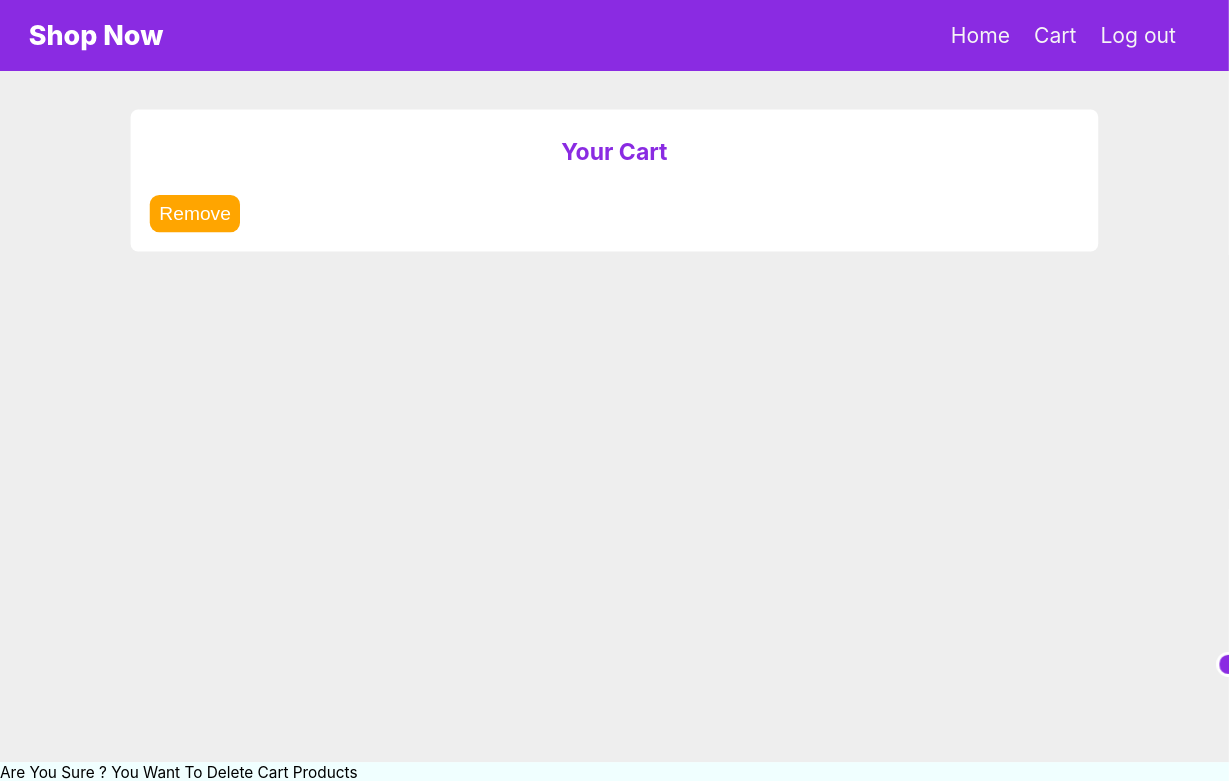
Repository: Eslam0Mohamed/simple-ecommerce-auth
Page: cart.html
An editor plug-in stored every save of this project. The page is shown before and after the next save, followed by the edit.
The browser window is 1280 px wide. The pictures show the whole page, at 96% of full size.
The page's requests for data from a server got no answer.

Above is the page before, as saved 2026-02-02 14:32:52.

### cart.html
<!DOCTYPE html>
<html lang="en">

<head>
    <meta charset="UTF-8">
    <meta name="viewport" content="width=device-width, initial-scale=1.0">
    <title>Cart</title>
    <link rel="stylesheet" href="style/style.css">
</head>

<body>
    <nav class="navbar">
        <div class="logo">Shop Now</div>
        <div class="nav-list">
            <ul>
                <li class="home-item">
                    <a href="index.html">Home</a>
                </li>
                <li class="cart-item">
                    <a href="cart.html">Cart</a>
                </li>
                <li class="logout-item">
                    <a href="login.html">Log out</a>
                </li>
                <li class="welcome-message"></li>
            </ul>
        </div>
    </nav>

    <section class="cart">
        <div class="cart-container">
            <h1 class="cart-heading">Your Cart</h1>
            <div class="cart-products-container">

            </div>
            <!-- <div class="cart-products">
                <div class="product-details">
                    <img src="./images/product.jpg" alt="">
                    <div class="product-details-text">
                        <h3>Lenovo Ideabad</h3>
                        <span>$300</span>
                    </div>
                </div>
                <div class="products-controls">
                    <button class="mince">- </button>
                    <button class="quantity">1</button>
                    <button class="plus">+</button>
                    <button class="remove">Remove</button>
                </div>
            </div> -->

            <h3 class="total-price"></h3>
             <button class="remove-all">Remove</button>
        </div>
    </section>

    <div class="model">
        <p class="model-message"></p>
    </div>
     <div class="delete-model">
        <p class=" delete-model-message">Are You Sure  ? You Want To Delete Cart Products</p>
    </div>

    <script src="javaScript/cart.js"></script>
</body>

</html>

### style/style.css
*{
    padding: 0;
    margin: 0;
    box-sizing: border-box;
}

body{
      font-family: "Inter", sans-serif;
      overflow-x: hidden;
}
span,a{
display: inline-block;
}
ul{
    list-style: none;
}
img{
    width: 100%;
    height: 100%;
}
a{
    text-decoration: none;
    color: inherit;
}

.navbar{
    padding: 20px 30px;
    background-color: blueviolet;
    display: flex;
    justify-content: space-between;
    align-items: center;
}
.logo{
    font-size: 28px;
    color: white;
    text-transform: capitalize;
    font-weight: 800;
    cursor: pointer;
}
.nav-list ul{
    display: flex;
    gap: 25px;
}
.nav-list ul li {
color: whitesmoke;
font-size: 22px;
font-weight: 400;
}
.nav-list ul li:hover{
    border-bottom: 1px solid black;
}
main{
    background-color: #eee;
    width: 100%;
    min-height: 100vh;
    padding: 25px 10px;
    position: relative;
}
main h1{
    text-align: center;
    font-weight: bold;
    padding: 25px 15px;
}
.container{
    width: 70%;
    margin:auto;
}
.products{
display: grid;
grid-template-columns: repeat(auto-fill,minmax(250px,1fr));
gap: 15px;
margin-top: 20px;
}
.product-box{
    background-color: white;
    border-radius: 24px;
    overflow: hidden;
}
.product-box img{
    width: 100%;
    height: 250px;
}
 .product-box .text-container{
    padding: 10px 15px;
    display: flex;
    justify-content: center;
    align-items: center;
    /* gap: 10px; */
    flex-direction: column;
}
.proudct-name{
    background-color: #eee;
    padding: 10px 15px;
    color: black;
    border-radius: 14px;
    font-size: 15px;
    text-align: center;
}
.product-price{
   color:blueviolet;
    padding: 8px 15px;
    border-radius: 4px;
    font-weight: 500;
    font-size: 18px;
}
.add-to-cart-button,.login-button{
    border: 2px solid #eee;
    background-color: blueviolet;
    color: #eee;
    padding: 8px 20px;
    border-radius: 10px;
    font-size: 18px;
    transition: all 0.3s;
    cursor: pointer;
}
.add-to-cart-button:hover{
    background-color: white;
    color: blueviolet;

}

.pagination{
    display: flex;
    gap: 30px;
    padding: 20px 10px;
    justify-content: center;
}
.pagination button {
    border: 2px solid #eee;
    background-color: white;
    color: blueviolet;
    padding: 8px 20px;
    border-radius: 10px;
    font-size: 18px;
    transition: all 0.3s;
    cursor: pointer;
}


/* ! log in  */

.login{
    background-color: #eee;
    width: 100%;
    height: 100vh;
    display: flex;
    justify-content: center;
    align-items: center;
        position: relative;
}

.form-container{
    background-color: white;
    padding: 25px 30px;
    border-radius: 12px;
    width: 400px;
}
.input-item {
display: flex;
flex-direction: column;
gap: 8px;
margin: 15px 0;

}
.input-item label {
color: dimgrey;
font-weight: 500;
}
.input-item input{
padding: 12px 10px;
width: 100%;
border: 1px solid #ddd;
background-color: transparent;
color: dimgrey;
border-radius: 8px;
font-size: 18px;
}
input:focus{
    outline: none;
}
.login-heading{
    text-align: center;
}
.login-button{
    margin: 15px auto;
    width: 100%;
}

.model{
    background-color: blueviolet;
    color: white;
    position: fixed;
    bottom: 15px;
    right: 20px;
    padding: 10px 15px;
    border-radius: 12px;
    border: 3px solid #fff;
    transition: all 0.8s linear;
    transform: translateX(120%);
   }
.model p{
font-size: 16px;
}


/* & Cart */

.cart{
    background-color: #eee;
    width: 100%;
    padding: 10px;
    min-height: 100vh;

}

.cart-container{
    width: 80%;
    background-color: #fff;
    padding: 10px 15px;
    margin: 30px auto;
    border-radius:8px ;
    padding: 20px 20px;
}
.cart-container h1{
text-align: center;
color: blueviolet;
 padding: 10px 0;
}
.cart-products{
display: flex;
justify-content: space-between;
align-items: center;
padding: 20px 0px;
border-top:1px solid #ddd ;
}
.product-details{
display: flex;
align-items: center;
gap: 20px;
}
.product-details img{
background-color: aliceblue;
width: 100px;
height: 100px;
}
.product-details span{
color: blueviolet;
font-weight: 600;
font-size: 20px;
}
.product-details-text{
display: flex;
flex-direction: column;
gap: 10px;
}

.products-controls{
display: flex;
align-items: center;
gap: 20px;
}
.mince,.plus,.quantity,.remove,.remove-all{
padding: 5px 10px;
background-color: blueviolet;
color: #fff;
font-weight: 500;
font-size: 20px;
border: none;
outline: none;
border-radius: 50%;
cursor: pointer;
}
.quantity{
border-radius: 0;
padding: 5px 10px;
background-color: #fff;
border: 1px solid #ddd;
color: blueviolet;
}
.remove,.remove-all{
    padding: 8px 10px;
    background-color: orange;
    border-radius: 10px;
}
.total-price{
    margin: 20px 0;
}
.delete-model{
background-color: azure;
width: ;
}
.delete-model-message{

}

### javaScript/cart.js
//  * variables
const homeLink = document.querySelector(".home-item")
const totalPrice = document.querySelector(".total-price")
const removeAll = document.querySelector(".remove-all")
const cartLink = document.querySelector(".cart-item")
const logOutLink = document.querySelector(".logout-item")
const cartContainer = document.querySelector(".cart-products-container")
const welcomeMessage = document.querySelector(".welcome-message")
const userData = JSON.parse(localStorage.getItem("userData"))
const mince = document.querySelector(".mince")
const plus = document.querySelector(".plus")
const model = document.querySelector(".model")
const modelMessage = document.querySelector(".model-message")

displayUserNavbar()
// * function
function displayUserNavbar() {
    if (userData) {
        welcomeMessage.textContent = "welcome , " + userData.firstName
    }
}
function displayCartProducts(cartProducts,totalCartPrice){
    let cartBox = ""
    for (const element of cartProducts) {
        cartBox+=`
        <div class="cart-products">
        <div class="product-details">
                    <img src="${element.thumbnail}" alt="">
                    <div class="product-details-text">
                        <h3>${element.title}</h3>
                        <span> $${element.price.toFixed(0)}</span>
                        <span><b>Total Price</b> $${element.total.toFixed(0)}</span>
                    </div>
                </div>
                <div class="products-controls">
                    <button class="mince" onclick="updataCartData(this,${element.id},${element.quantity})"">- </button>
                    <button class="quantity">${element.quantity}</button>
                    <button class="plus" onclick="updataCartData(this,${element.id},${element.quantity})">+</button>
                    <button class="remove">Remove</button>
                </div>
        </div>
                `
     }


     cartContainer.innerHTML = cartBox
     totalPrice.innerHTML ="Total Products Price : $ " + totalCartPrice.toFixed(2)
}
// * Api
getCartProducts()
async function getCartProducts(){
    const cartId = localStorage.getItem("cartId")
    try {
        // const response = await fetch(`https://dummyjson.com/carts/user/${userData.id}`)
        const response = await fetch(`https://dummyjson.com/carts/${1}`)
        const data = await response.json()
          displayCartProducts(data.products,data.total)
    } catch (error) {
        console.log(error);
        // & message for handle error
    }
}
async function updataCartData(btn,id){
try {
    const cartItem = btn.closest(".cart-products")
    console.log(cartItem);
    let quantity = Number(cartItem.querySelector(".quantity").textContent)
if (btn.classList.contains("plus")) {
    console.log("plus");
    quantity++
}
else{
    console.log("mince");
    quantity--
}
if (quantity<0) {
  return
}
   var response =await fetch(`https://dummyjson.com/carts/${1}`, {
  method: 'PUT',
  headers: { 'Content-Type': 'application/json' },
  body: JSON.stringify({
    merge: true,
    products: [
      {
        id: id,
        quantity: quantity,
      },
    ]
  })
})
const data = await response.json()
console.log(data.products[0].quantity,data.total);
displayCartProducts(data.products,data.total)
        modelMessage.textContent = "You Have Change The Quantity"
        model.style.transform = "translateX(0)"
        setTimeout(() => {
            model.style.transform = "translateX(120%)"
        }, 2000)
}

catch(error) {
    console.log(error);
    // !message for handle error alert(error)
}
}
async function deleteCart() {
    const response = fetch(`https://dummyjson.com/carts/1`,{method:"DELETE"})
    console.log(response);

}
// * events
removeAll.addEventListener("click",()=>{
console.log("Remove Button Clicked");

deleteCart()

})

logOutLink.addEventListener("click", (e) => {
    e.preventDefault()
    modelMessage.textContent = "Now You Are Logged Out"
    model.style.transform = "translateX(0)"
    setTimeout(() => {
        model.style.transform = "translateX(120%)"
        location.href = "../login.html"
    }, 2000)
    localStorage.removeItem("userData")
})

After the next save:
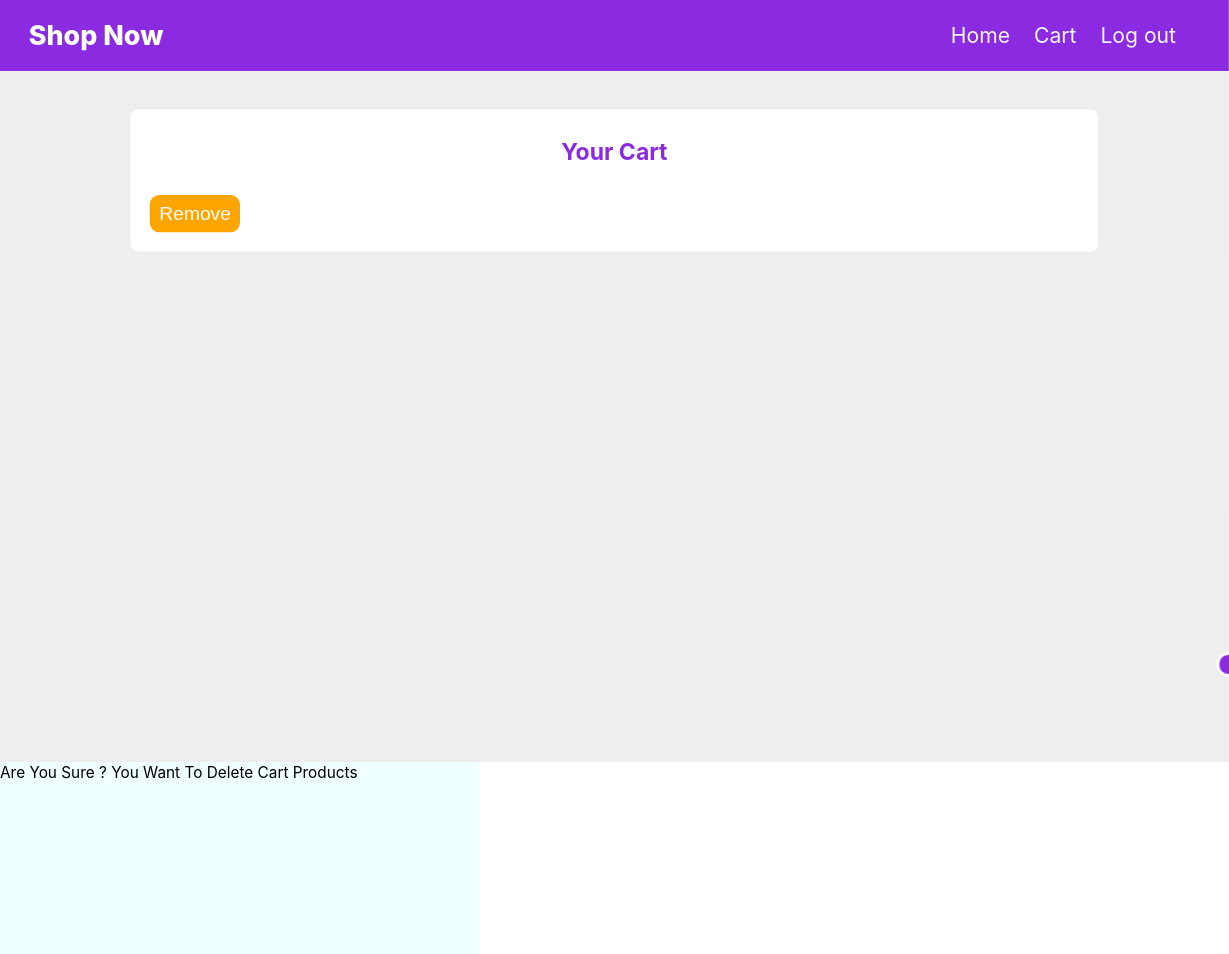
Saved 7 s later.
--- a/style/style.css
+++ b/style/style.css
@@ -287,7 +287,8 @@ color: blueviolet;
 }
 .delete-model{
 background-color: azure;
-width: ;
+width: 500px;
+height: 200px;
 }
 .delete-model-message{
 
